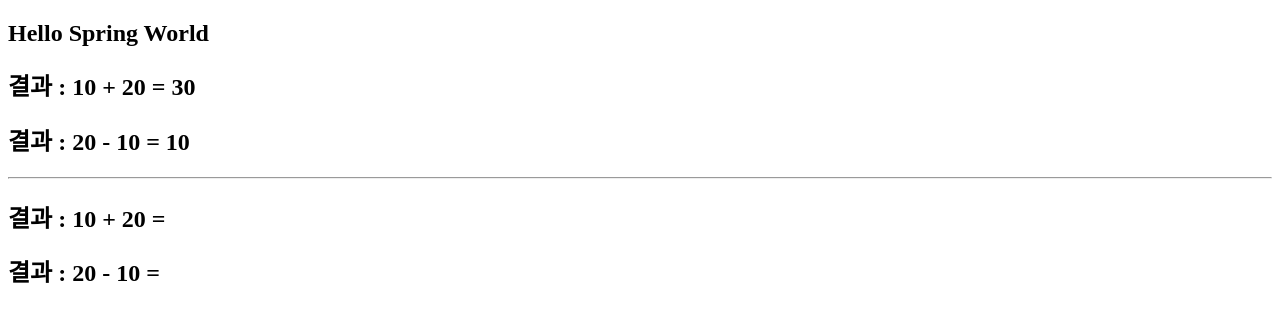
Repository: kimjwahyun/Spring
Page: http://localhost/Spring_DI/
An editor plug-in stored every save of this project. The page is shown before and after the next save, followed by the edit.
The browser window is 1280 px wide. The pictures show the whole page.
The page is served by Tomcat 9. Other server files are loaded and not shown.

Above is the page before, as saved 2023-07-25 08:44:54.

### Spring_DI/src/main/webapp/index.jsp
<%@page import="ex07_web_DI.MyCalc"%>
<%@page import="org.springframework.web.context.support.WebApplicationContextUtils"%>
<%@page import="org.springframework.web.context.WebApplicationContext"%>
<%@page import="ex06_web_DI.HelloImpl"%>
<%@page import="org.springframework.context.support.GenericXmlApplicationContext"%>
<%@page import="org.springframework.context.ApplicationContext"%>
<%@ page language="java" contentType="text/html; charset=UTF-8"
    pageEncoding="UTF-8"%>
<!DOCTYPE html>
<html>
<head>
<meta charset="UTF-8">
<title>Insert title here</title>
</head>
<body>
	<%--
		// 자바 main 에서 사용한 내용 그대로 코딩
		ApplicationContext context =
			new GenericXmlApplicationContext("ex06_web_DI/config.xml");
		HelloImpl hello = (HelloImpl)context.getBean("hello");
		String msg = hello.sayHello();
		out.println("<h2>" + msg + "</h2>");
	--%>
	<%
		// config.xml => 환경 설정 파일
		// => web에서는 /WEB-INF/spring/root-context.xml => application으로 정해져있다.

		WebApplicationContext context =
			WebApplicationContextUtils.getWebApplicationContext(application);
		HelloImpl hello = (HelloImpl)context.getBean("hello");
		String msg = hello.sayHello();
		out.println("<h2>" + msg + "</h2>");



		MyCalc mc = (MyCalc)context.getBean("myCalc");
		int result = mc.plus(10, 20);
		out.println("<h2> 결과 : 10 + 20 = " + result + "</h2>");

		mc.minus(20, 10);
		int result2 = mc.getResult();
		out.println("<h2> 결과 : 20 - 10 = " + result2 + "</h2>");
	%>
	<hr>

	<h2>결과 : 10 + 20 = ${result}</h2>
	<h2>결과 : 20 - 10 = ${result2}</h2>
</body>
</html>

After the next save:
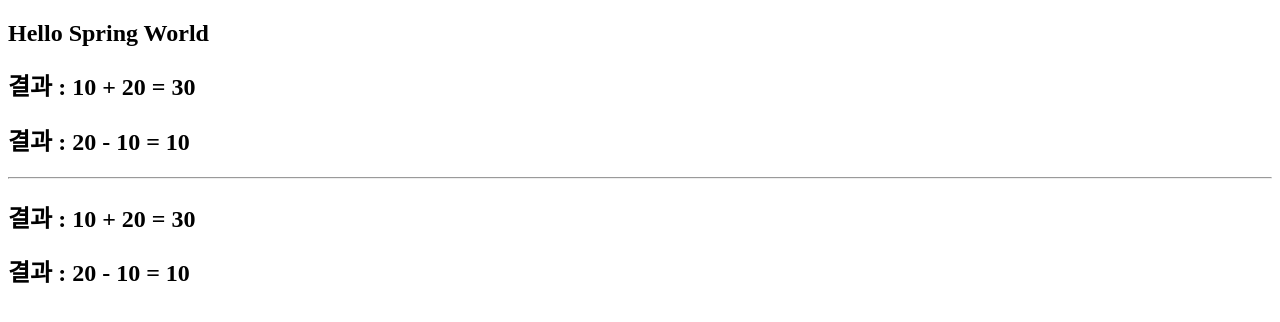
Saved 42 s later.
--- a/Spring_DI/src/main/webapp/index.jsp
+++ b/Spring_DI/src/main/webapp/index.jsp
@@ -36,10 +36,12 @@
 		MyCalc mc = (MyCalc)context.getBean("myCalc");
 		int result = mc.plus(10, 20);
 		out.println("<h2> 결과 : 10 + 20 = " + result + "</h2>");
+		pageContext.setAttribute("result", result);
 
 		mc.minus(20, 10);
 		int result2 = mc.getResult();
 		out.println("<h2> 결과 : 20 - 10 = " + result2 + "</h2>");
+		pageContext.setAttribute("result2", result2);
 	%>
 	<hr>
 
